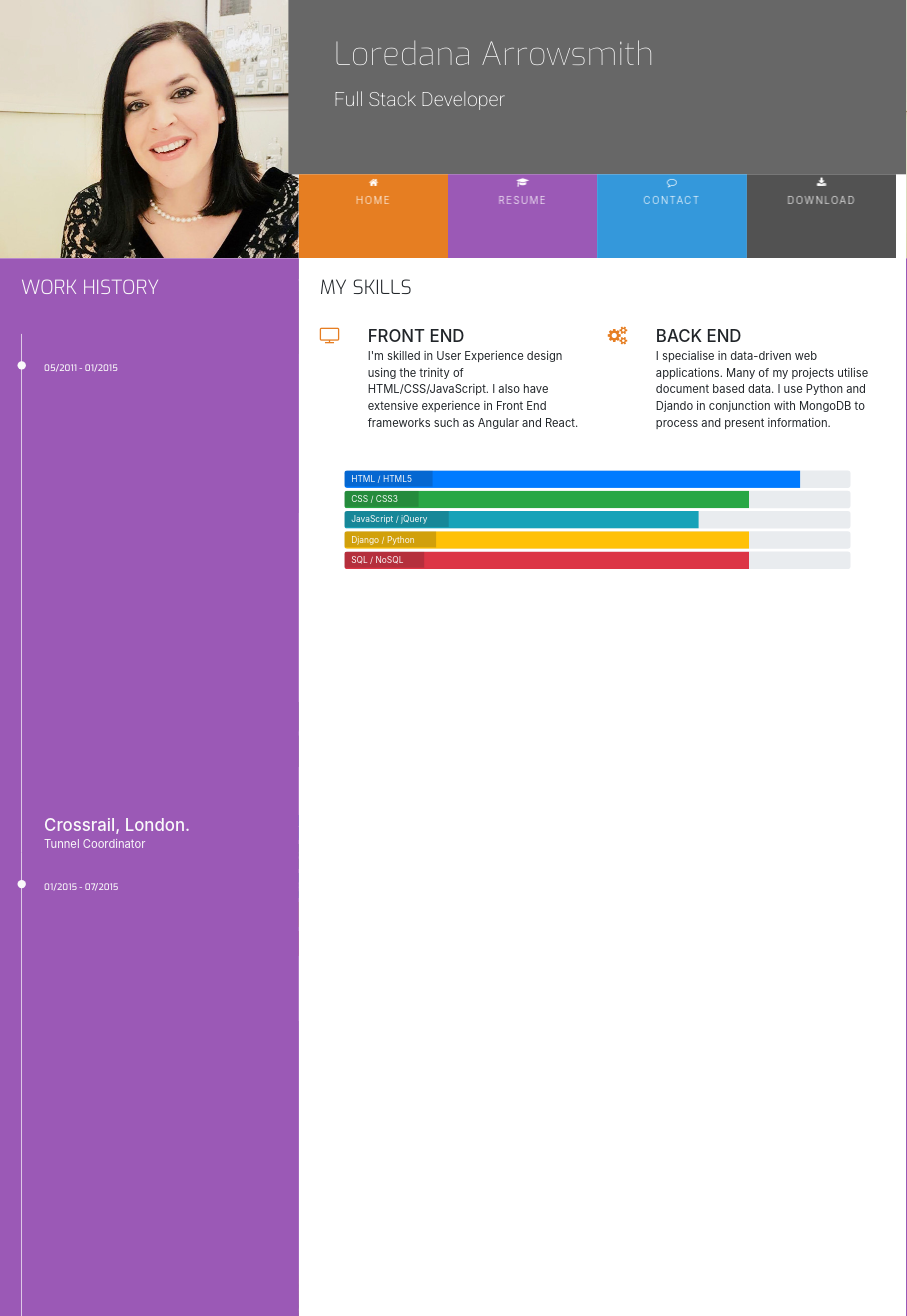
Repository: lolalongo11/Loredana-Resume
Page: resume.html
The author's editor kept a record of every edit. The page is drawn from the files as they stood at one moment, then again after the next edit.
The browser window is 1280 px wide. The page is 1295 px wide, so the pictures cover 1295 px, including what lies to the right of the window. The pictures show the part of the page from y = 0 to 1880 px (the page is 2890 px tall before and 1047 px after), at 70% of full size.

Above is the page before.

### resume.html
<!DOCTYPE html>
<html lang="en">

<head>
    <meta charset="UTF-8">
    <meta name="viewport" content="width=device-width, initial-scale=1.0">
    <meta http-equiv="X-UA-Compatible" content="ie=edge">
    <link rel="stylesheet" href="https://stackpath.bootstrapcdn.com/bootstrap/4.3.1/css/bootstrap.min.css" type="text/css" />
    <link rel="stylesheet" href="https://stackpath.bootstrapcdn.com/font-awesome/4.7.0/css/font-awesome.min.css" type="text/css" />
    <link rel="stylesheet" href="https://cdnjs.cloudflare.com/ajax/libs/hover.css/2.3.1/css/hover-min.css" type="text/css" />
    <link rel="stylesheet" href="assets/css/style.css" type="text/css" />
    <title>Loredana</title>
</head>

<body>
    <header>
        <div class="row no-gutters">
            <a href="index.html" class="col-md-4 logo">
                </a>

            <div class="col-md-8 no-gutters">
                <div class="row bg-color-name-title">
                    <div class="col heading">
                        <h1 class="name">Loredana Arrowsmith</h1>
                        <h2 class="title">Full Stack Developer</h2>
                    </div>
                </div>
                <div class="col no-gutters">
                    <ul id="nav" class="list-inline menucontainer">
                        <li class="col-6 col-sm-3 ui-menu-color-home list-inline-item menuitem">
                            <a href="#" class="hvr-sweep-to-bottom"><i class="fa fa-home" aria-hidden="true"></i><span>Home</span></a>
                        </li>
                        <li class="col-6 col-sm-3 ui-menu-color-resume list-inline-item menuitem">
                            <a href="#" class="hvr-sweep-to-bottom"><i class="fa fa-graduation-cap" aria-hidden="true"></i><span>Resume</span></a>
                        </li>
                        <li class="col-6 col-sm-3 ui-menu-color-contact list-inline-item menuitem">
                            <a href="#" class="hvr-sweep-to-bottom"><i class="fa fa-comment-o" aria-hidden="true"></i><span>Contact</span></a>
                        </li>
                        <li class="col-6 col-sm-3 ui-menu-color-download list-inline-item menuitem">
                            <a href="#" class="hvr-sweep-to-bottom"><i class="fa fa-download" aria-hidden="true"></i><span>Download</span></a>
                        </li>
                    </ul>
                </div>
            </div>
        </div>

    </header>
    <section class="container-fluid">
        <div class="row">
            <div class="col-md-4 bg-color-work-history section-column">
                <div class="row">
                    <div class="col-12">
                        <h3 class="history-heading uppercase">
                            Work History
                        </h3>
                    </div>
                </div>
                <div class="history-items">
                    <div class="timeline-item" data-dates="05/2011 - 01/2015">
                        <h4>Crossrail, London.</h4>
                        <p>Tunnel Coordinator</p>
                    </div>
                    <div class="timeline-item" data-dates="01/2015 - 07/2015">
                        <h4>Costain Group, London.</h4>
                        <p>System Analyst</p>
                    </div>
                    <div class="timeline-item" data-dates="07/2015 - Present">
                        <h4>Tideway, London.</h4>
                        <p>System Analyst</p>
                    </div>
                </div>
            </div>
            <div class="col-md-8 bg-color-three-reasons section-column">
                <div class="row">
                    <div class="col">
                        <h3 class="section-heading uppercase">My Skills</h3>
                    </div>
                </div>
                <div class="row">
                    <div class="col-10 offset-1 offset-sm-0 col-sm-4 col-md-6">
                        <div class="row">
                            <div class="col-2">
                                <i class="three-reasons-icon fa fa-tv" aria-hidden="true"></i>
                            </div>
                            <div class="col-10">
                                <h4 class="three-reasons-heading uppercase">Front End</h4>
                                <p>
                                    I'm skilled in User Experience design using the trinity of HTML/CSS/JavaScript. I also have extensive experience in Front End frameworks such as Angular and React.
                                </p>
                            </div>
                        </div>
                    </div>
                    <div class="col-10 offset-1 offset-sm-0 col-sm-4 col-md-6">
                        <div class="row">
                            <div class="col-2">
                                <i class="three-reasons-icon fa fa-gears" aria-hidden="true"></i>
                            </div>
                            <div class="col-10">
                                <h4 class="three-reasons-heading uppercase">Back End</h4>
                                <p>
                                    I specialise in data-driven web applications. Many of my projects utilise document based data. I use Python and Djando in conjunction with MongoDB to process and present information.
                                </p>
                            </div>
                        </div>
                    </div>
                </div>
                <div class="row progress-section">
                    <div class="col">
                        <div class="progress">
                            <div class="progress-bar" role="progressbar" aria-valuenow="90" aria-valuemin="0" aria-valuemax="100" style="width:90%;">
                                <span class="sr-only">90% complete</span>
                            </div>
                            <span class="progress-type">HTML / HTML5</span>
                        </div>
                        <div class="progress">
                            <div class="progress-bar bg-success" role="progressbar" aria-valuenow="80" aria-valuemin="0" aria-valuemax="100" style="width:80%;">
                                <span class="sr-only">80% complete</span>
                            </div>
                            <span class="progress-type">CSS / CSS3</span>
                        </div>
                        <div class="progress">
                            <div class="progress-bar bg-info" role="progressbar" aria-valuenow="70" aria-valuemin="0" aria-valuemax="100" style="width:70%;">
                                <span class="sr-only">70% complete</span>
                            </div>
                            <span class="progress-type">JavaScript / jQuery</span>
                        </div>
                        <div class="progress">
                            <div class="progress-bar bg-warning" role="progressbar" aria-valuenow="80" aria-valuemin="0" aria-valuemax="100" style="width:80%;">
                                <span class="sr-only">80% complete</span>
                            </div>
                            <span class="progress-type">Django / Python</span>
                        </div>
                        <div class="progress">
                            <div class="progress-bar bg-danger" role="progressbar" aria-valuenow="80" aria-valuemin="0" aria-valuemax="100" style="width:80%;">
                                <span class="sr-only">80% complete</span>
                            </div>
                            <span class="progress-type">SQL / NoSQL</span>
                        </div>
                    </div>
                </div>
            </div>
        </div>
    </section>
    <footer class="container-fluid">
        <div id="footer-details" class="row">
            <div class="col-sm-4">
                <h5 class="uppercase general-sub">About</h5>
                <p class="inline-block">
                    Full Stack Web Developer. Skilled in everything from HTML to Heroku. The capacity for structural and design thinking.
                </p>
            </div>
            <div class="col-sm-4">
                <h5 class="uppercase general-sub">Download</h5>
                <p class="inline-block">
                    Need a printable version of my CV? Download it here.
                    <a href="#" target="_blank" class="cv-pdf">
                        <i class="fa fa-download" aria-hidden="true"></i>
                        <span class="sr-only">Download link.</span>
                    </a>
                </p>
            </div>
            <div class="col-sm-4">
                <h5 class="uppercase general-sub">Social</h5>
                <ul class="list-inline social-links">
                    <li class="list-inline-item">
                        <a target="_blank" href="#">
                            <i class="fa fa-facebook" aria-hidden="true"></i>
                            <span class="sr-only">Facebook</span>
                        </a>
                    </li>
                    <li class="list-inline-item">
                        <a target="_blank" href="#">
                            <i class="fa fa-twitter" aria-hidden="true"></i>
                            <span class="sr-only">Twitter</span>
                        </a>
                    </li>
                    <li class="list-inline-item">
                        <a target="_blank" href="#">
                            <i class="fa fa-linkedin" aria-hidden="true"></i>
                            <span class="sr-only">LinkedIn</span>
                        </a>
                    </li>
                    <li class="list-inline-item">
                        <a target="_blank" href="#">
                            <i class="fa fa-pinterest" aria-hidden="true"></i>
                            <span class="sr-only">pinterest</span>
                        </a>
                    </li>
                    <li class="list-inline-item">
                        <a target="_blank" href="#">
                            <i class="fa fa-instagram" aria-hidden="true"></i>
                            <span class="sr-only">Instagram</span>
                        </a>
                    </li>
                    <li class="list-inline-item">
                        <a target="_blank" href="#">
                            <i class="fa fa-youtube" aria-hidden="true"></i>
                            <span class="sr-only">You Tube</span>
                        </a>

                    </li>

                </ul>
            </div>
        </div>

    </footer>
</body>

</html>

### assets/css/style.css
@import url('https://fonts.googleapis.com/css?family=Roboto:100,200,300,400,500,600,700|Exo:100,200,300,400,500,600,700');

/* ----------------------------------------------------Colours */

.bg-color-name-title {
    background-color: #676767;
}

.bg-color-three-reasons {
    background-color: #fff;

}

.bg-color-personal-info {
    background-color: #f4f4f4;
}

.bg-color-work-history {
    background-color: #9b59b6;
}

.ui-menu-color-home {
    background-color: #e67e22;
}

.ui-menu-color-resume {
    background-color: #9b59b6;
}

.ui-menu-color-contact {
    background-color: #3498db;
}

.ui-menu-color-download {
    background-color: #525252;
}

/* ----------------------------------------------------Special margins/padding/text */

h1,
h2,
h3,
h4 {
    margin: 0;
}

.uppercase {
    text-transform: uppercase;
}

.general-sub {
    font-family: "Exo", sans-serif;
    font-weight: 300;
    color: #fafafa;
}

.inline-block {
    display: inline-block;
}

.row-table {
    display: table;
}


.section-column {
    display: table-cell;
    padding: 0 30px 30px;
    float: none;
}

.history-heading,
.section-heading {
    font-family: "Exo"; sans-serif;
    font-weight: 300;
    margin-top: 25px;
    margin-bottom: 40px;
}



/* ----------------------------------------------------Heading */

.header {
    margin: 0;
}

.heading {
    margin-left: 50px;
}

.logo {
    background: url("../images/loredana.jpg");
    background-position: center;
    background-repeat: no-repeat;
    background-size: cover;
    min-height: 360px;
    transition: all .5s ease-in-out;
    -moz-transition: all .5s ease-in-out;
    -webkit-transition: all .5s ease-in-out;
}

.name {
    font-family: "Exo", sans-serif;
    font-weight: 100;
    font-size: 46px;
    margin-top: 50px;
    color: #fff;
}

.title {
    font-family: "Roboto", sans-serif;
    font-weight: 200;
    font-size: 28px;
    margin-top: 20px;
    margin-bottom: 90px;
    color: #fff;

}

.list-inline-item:not(:last-child) {
    margin: 0;
}

.menucontainer {
    font-size: 0;
}

#nav li {
    font-size: 14px;
    padding: 0;
}

#nav {
    margin: 0px;
}

.menuitem {
    height: 120px;
    text-align: center;
    padding: 0;
}

.menuitem a {
    width: 100%;
    text-decoration: none;
    color: #fff;
    height: 120px;
}

.menu a i {
    padding-top: 22px;
    display: block;
    color: #fafafa;
    font-size: 26px;
}

.menuitem span {
    display: block;
    width: 100%;
    padding-top: 5px;
    text-align: center;
    text-transform: uppercase;
    font-size: 14px;
    font-weight: 300;
    letter-spacing: 2px;
}

/* ----------------------------------------------------Hover.css */

.hvr-sweep-to-bottom:before {
    background: rgba(0, 0, 0, 0.2);
    height: 120px;
}

/* ----------------------------------------------------Footer */

footer {
    background-color: #525252;
    color: #fafafa;
    min-height: 120px;
    margin: 0;
}

.cv-pdf i {
    font-size: 18px;
    color: #fafafa;
    text-align: center;
    padding-left: 5px;
    transition: all 0.35s ease-in-out;
    -moz-transition: all 0.35s ease-in-out;
    -webkit-transition: all 0.35s ease-in-out;
    -o-transition: all 0.35s ease-in-out;
}

.cv-pdf i:hover {
    color: #e84610;
}

.social-links {
    padding-bottom: 15px;
}

.social-links li a i {
    width: 32px;
    height: 32px;
    padding: 12px 0;
    border-radius: 50%;
    font-size: 13px;
    line-height: 7px;
    text-align: center;
    color: #fafafa;
    background-color: #8f8f8f;
    transition: all 0.35s ease-in-out;
    -moz-transition: all 0.35s ease-in-out;
    -webkit-transition: all 0.35s ease-in-out;
    -o-transition: all 0.35s ease-in-out;
}

.social-links li a i:hover {
    background: #e84610;
}

#footer-details{
    padding: 20px;
}

/* ----------------------------------------------------Three reasons */

.three-reasons-icon {
    font-size: 26px;
    color: #e67e22;
}

.three-resons-heading {
    margin-bottom: 15px
}

/* ----------------------------------------------------Personal info */

.personal-info-item {
    margin-bottom: 20px;
    display: block;
    clear: both;
}

.personal-info-item .key,
.personal-info-item .value {
  padding-right: 8px;
  display: inline-block;
}

.personal-info-item .key p,
.personal-info-item .value p {
    margin: 0;
}

.personal-info-item .key {
    width: 30%;
    margin-right: 21px;
    padding-top: 2px;
    vertical-align: top;

}

.personal-info-item .key p{
    font-weight: 700;

}

.personal-info-item .value {
     position:relative;
     width: 60%;
}

/* ----------------------------------------------------Skills */

.progress {
    position: relative;
    height: 25px;
    margin-bottom: 4px;
}

.progress-type {
    position: absolute;
    left: 0px;
    font-weight: 400;
    padding: 3px 30px 2px 10px;
    color: #fafafa;
    background-color: rgba(25, 25, 25, 0.2);
}

.progress-section {
    margin: 40px 20px;
}

/* ----------------------------------------------------Work History */

.history-heading {
    color: #fafafa;
    margin-bottom: 50px;
}

.timeline-item {
    padding: 43em 2em 0em 2em;
    position: relative;
    color: #fafafa;
    border-left: 1px solid;
}

.timeline-item p {
    padding: 0;
    margin: 0;
}

.timeline-item:before {
    content: attr(data-dates);
    position: absolute;
    left: 2.5em;
    top: 3em;
    display: block;
    font-family: "Exo", sans-serif;
    font-weight: 500;
    font-size: 0.8em;
    padding: 0;
    margin: 0;
}

.timeline-item:after {
    width: 12px;
    height: 12px;
    display: block;
    top:2.4em;
    position: absolute;
    left: -6px;
    border-radius: 12px;
    content: '';
    background:#fafafa;
}

After the next edit:
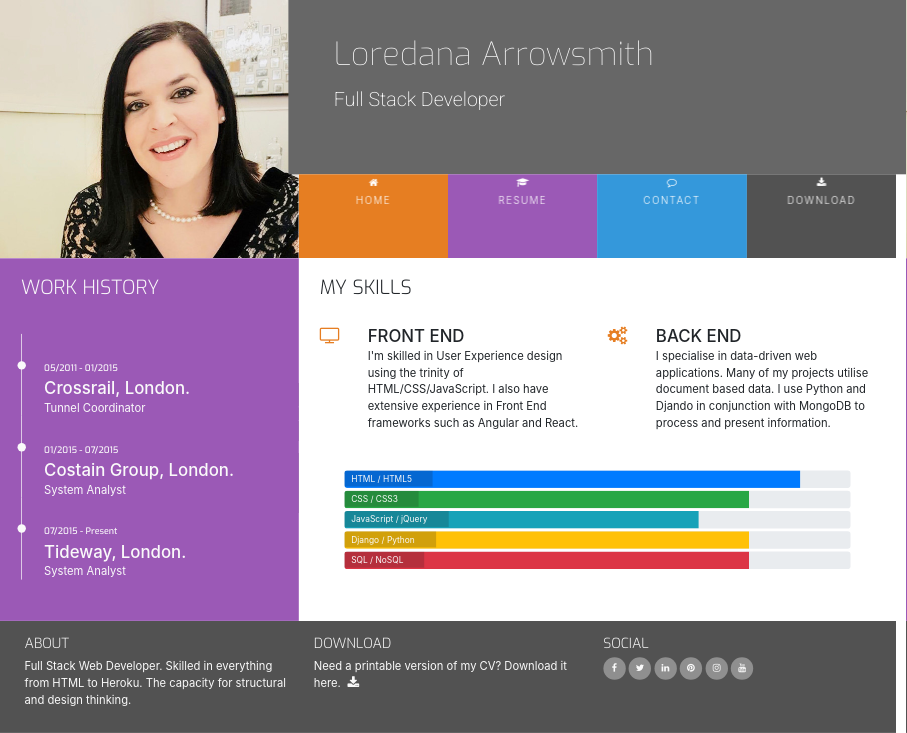
The edit:
--- a/assets/css/style.css
+++ b/assets/css/style.css
@@ -302,7 +302,7 @@
 }
 
 .timeline-item {
-    padding: 43em 2em 0em 2em;
+    padding: 4em 2em 0em 2em;
     position: relative;
     color: #fafafa;
     border-left: 1px solid;
